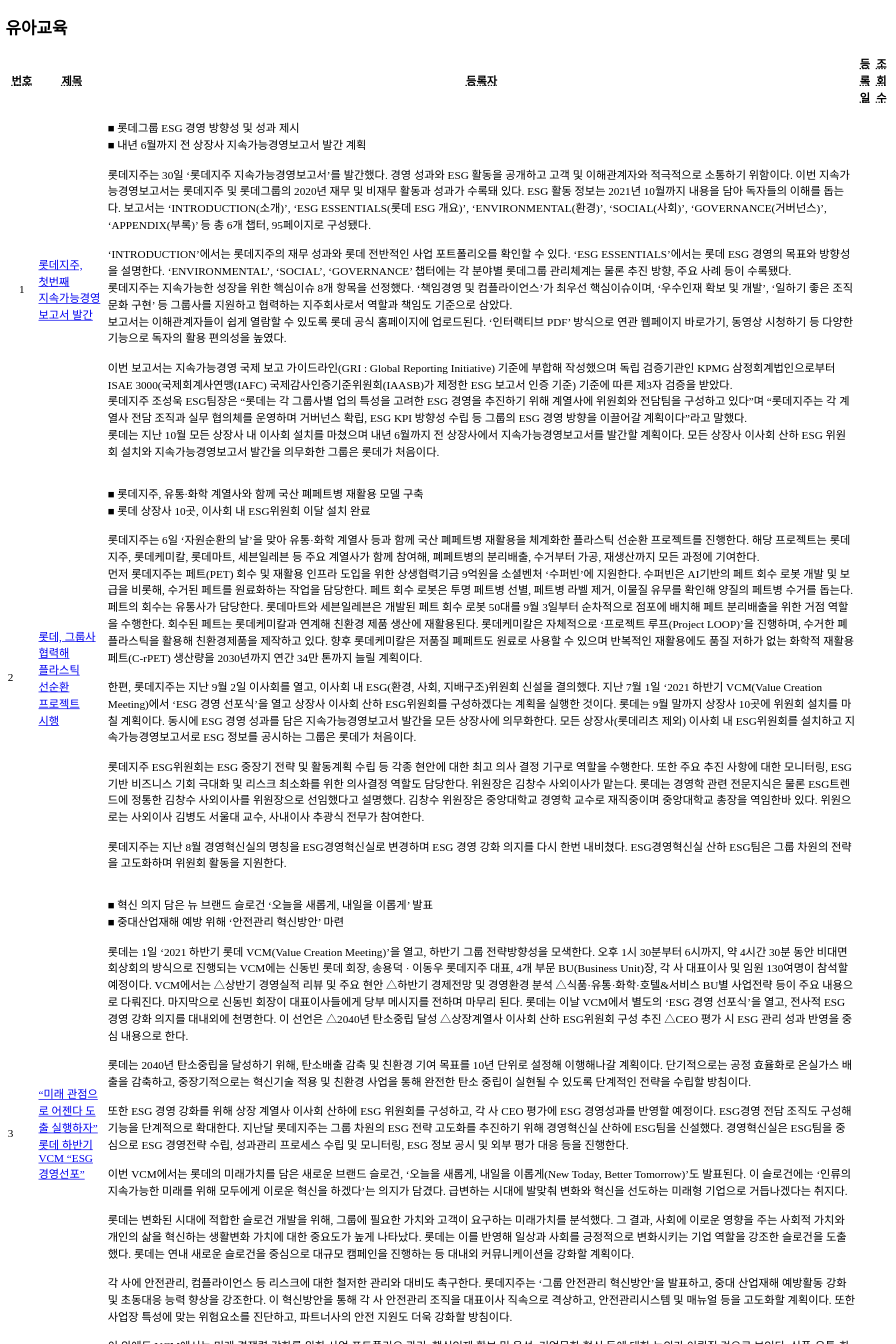
Repository: songyooon/pro06
Page: http://localhost/policy/infantlist
An editor plug-in stored every save of this project. The page is shown before and after the next save, followed by the edit.
The browser window is 1280 px wide. The pictures show the part of the page from y = 0 to 1920 px (the page is 2879 px tall before and 2457 px after), at 70% of full size.
The page is this project's Thymeleaf template; nobody is signed in. The template is opened directly, without the code that normally fills it, so the values that code supplies are empty.

Above is the page before, as saved 2022-12-26 04:16:55.

After the next save:
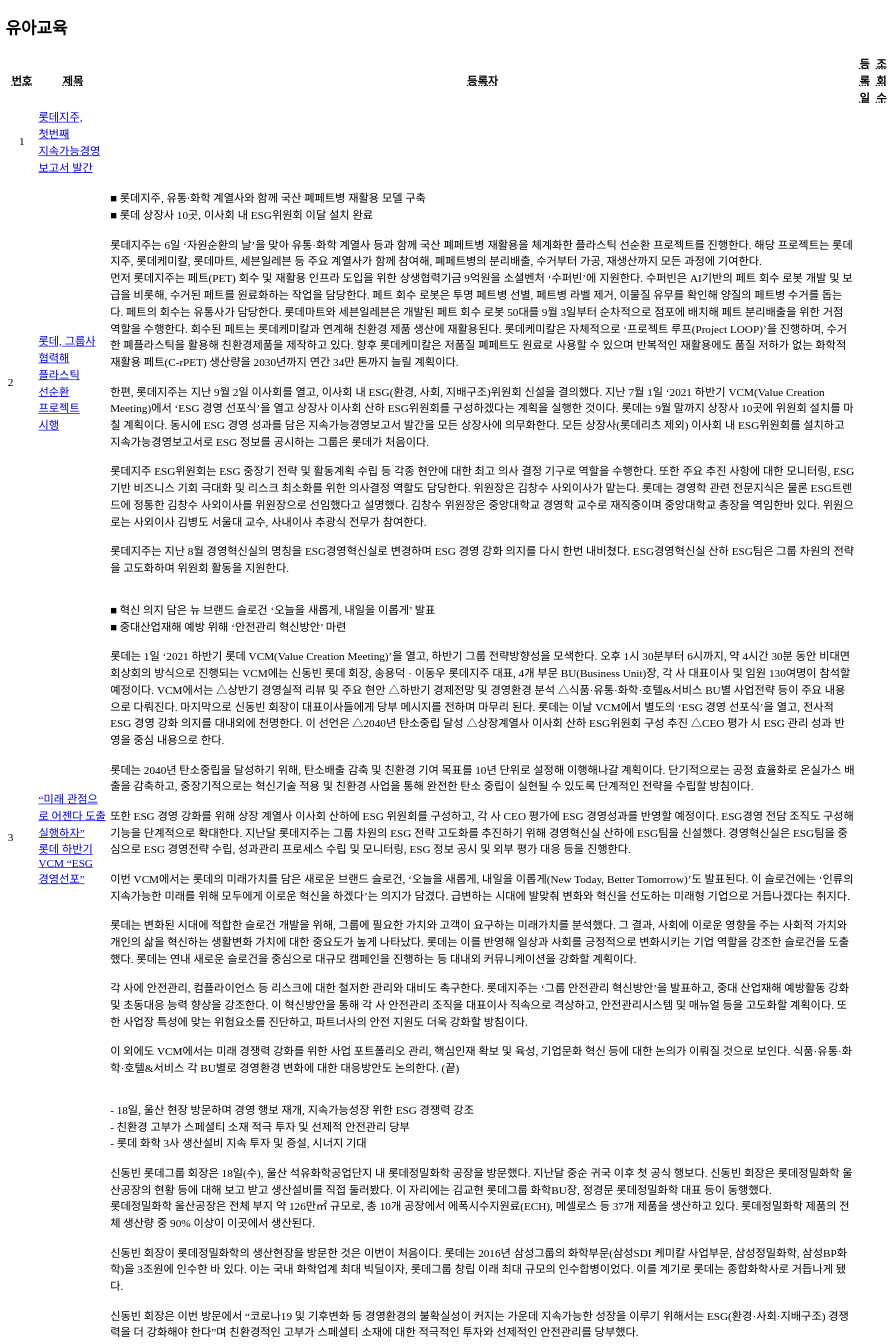
Saved 42 s later.
--- a/myapp/src/main/resources/templates/policy/infantlist.html
+++ b/myapp/src/main/resources/templates/policy/infantlist.html
@@ -32,26 +32,8 @@
                           <a href="/pro04/GetEsgDetailCtrl.html?no=1">롯데지주, <br>첫번째 <br>지속가능경영보고서 발간</a>
                       </td>
                       <td>
-                          <p class="comment2">■ 롯데그룹 ESG 경영 방향성 및 성과 제시<br>
-                            ■ 내년 6월까지 전 상장사 지속가능경영보고서 발간 계획<br><br>
 
-
-                            롯데지주는 30일 ‘롯데지주 지속가능경영보고서’를 발간했다. 경영 성과와 ESG 활동을 공개하고 고객 및 이해관계자와 적극적으로 소통하기 위함이다. 이번 지속가능경영보고서는 롯데지주 및 롯데그룹의 2020년 재무 및 비재무 활동과 성과가 수록돼 있다. ESG 활동 정보는 2021년 10월까지 내용을 담아 독자들의 이해를 돕는다.
-
-                            보고서는 ‘INTRODUCTION(소개)’, ‘ESG ESSENTIALS(롯데 ESG 개요)’, ‘ENVIRONMENTAL(환경)’, ‘SOCIAL(사회)’, ‘GOVERNANCE(거버넌스)’, ‘APPENDIX(부록)’ 등 총 6개 챕터, 95페이지로 구성됐다.<br>
-
-                            <br>‘INTRODUCTION’에서는 롯데지주의 재무 성과와 롯데 전반적인 사업 포트폴리오를 확인할 수 있다. ‘ESG ESSENTIALS’에서는 롯데 ESG 경영의 목표와 방향성을 설명한다. ‘ENVIRONMENTAL’, ‘SOCIAL’, ‘GOVERNANCE’ 챕터에는 각 분야별 롯데그룹 관리체계는 물론 추진 방향, 주요 사례 등이 수록됐다.
-
-                            <br>롯데지주는 지속가능한 성장을 위한 핵심이슈 8개 항목을 선정했다. ‘책임경영 및 컴플라이언스’가 최우선 핵심이슈이며, ‘우수인재 확보 및 개발’, ‘일하기 좋은 조직문화 구현’ 등 그룹사를 지원하고 협력하는 지주회사로서 역할과 책임도 기준으로 삼았다.
-
-                            <br> 보고서는 이해관계자들이 쉽게 열람할 수 있도록 롯데 공식 홈페이지에 업로드된다. ‘인터랙티브 PDF’ 방식으로 연관 웹페이지 바로가기, 동영상 시청하기 등 다양한 기능으로 독자의 활용 편의성을 높였다.
-
-                            <br><br> 이번 보고서는 지속가능경영 국제 보고 가이드라인(GRI : Global Reporting Initiative) 기준에 부합해 작성했으며 독립 검증기관인 KPMG 삼정회계법인으로부터 ISAE 3000(국제회계사연맹(IAFC) 국제감사인증기준위원회(IAASB)가 제정한 ESG 보고서 인증 기준) 기준에 따른 제3자 검증을 받았다.
-
-                            <br>롯데지주 조성욱 ESG팀장은 “롯데는 각 그룹사별 업의 특성을 고려한 ESG 경영을 추진하기 위해 계열사에 위원회와 전담팀을 구성하고 있다”며 “롯데지주는 각 계열사 전담 조직과 실무 협의체를 운영하며 거버넌스 확립, ESG KPI 방향성 수립 등 그룹의 ESG 경영 방향을 이끌어갈 계획이다”라고 말했다.
-
-                            <br>롯데는 지난 10월 모든 상장사 내 이사회 설치를 마쳤으며 내년 6월까지 전 상장사에서 지속가능경영보고서를 발간할 계획이다. 모든 상장사 이사회 산하 ESG 위원회 설치와 지속가능경영보고서 발간을 의무화한 그룹은 롯데가 처음이다.</p>
-                    </td>
+                      </td>
                     </tr>
 
                     <tr>
